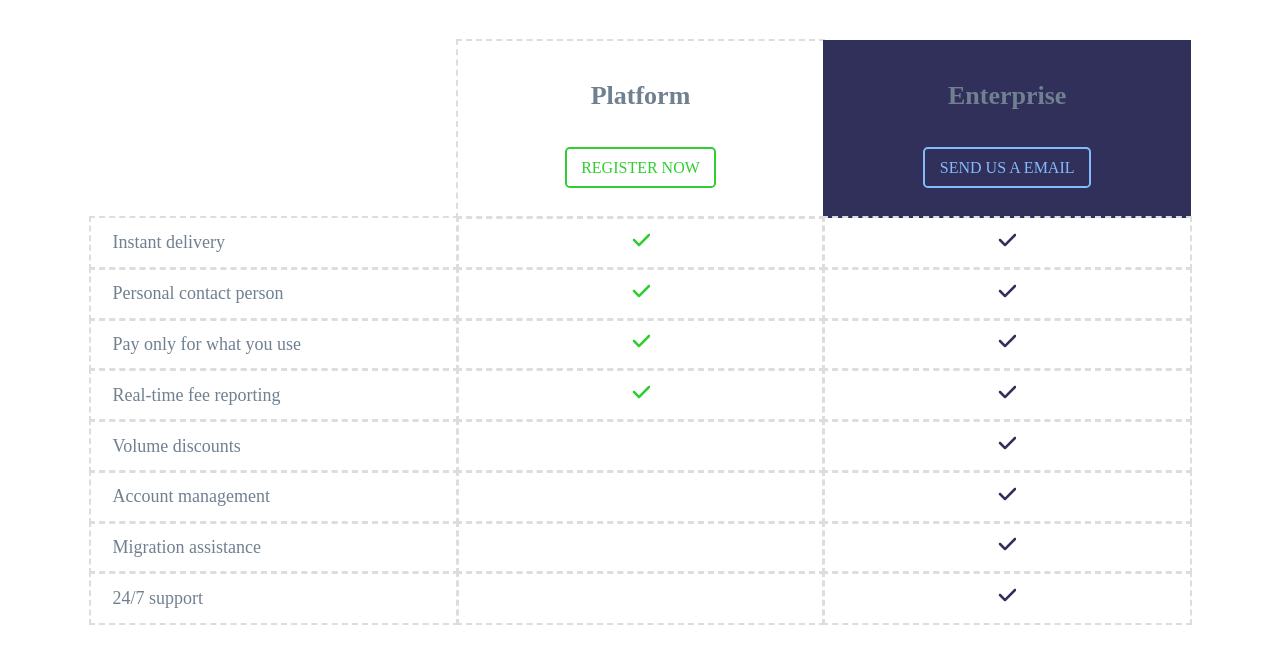
Repository: darlino/gotyu_shopify_section
Page: gotyu_table210223/index.html
These files come from the project's save history. The page is drawn as it stood at one moment and after the next save; the edit follows.
The browser window is 1280 px wide. The pictures show the whole page.

Above is the page before, as saved 2023-02-21 12:17:12.

### gotyu_table210223/index.html
<!DOCTYPE html>
<html lang="en">
  <head>
    <meta charset="UTF-8" />
    <meta http-equiv="X-UA-Compatible" content="IE=edge" />
    <meta name="viewport" content="width=device-width, initial-scale=1.0" />
    <title>Document</title>
    <link rel="stylesheet" href="style.css" />
    <link rel="preconnect" href="https://fonts.googleapis.com" />
    <link rel="preconnect" href="https://fonts.gstatic.com" crossorigin />
    <link
      href="https://fonts.googleapis.com/css2?family=Montserrat&display=swap"
      rel="stylesheet"
    />
  </head>
  <body>
    <section id="table210223">
      <div class="table">
        <div class="table-cell"></div>
        <div class="table-cell plattform">
          <h3>Platform</h3>
          <a href="" class="btn">register now</a>
        </div>
        <div class="table-cell enterprise">
          <h3>Enterprise</h3>
          <a href="" class="btn">Send us a Email</a>
        </div>
        <div class="table-cell cell-feature">Instant delivery</div>
        <div class="table-cell">
          <svg
            width="18"
            height="18"
            viewBox="0 0 18 18"
            xmlns="http://www.w3.org/2000/svg"
          >
            <title>check_blue</title>
            <path
              d="M6.116 14.884c.488.488 1.28.488 1.768 0l10-10c.488-.488.488-1.28 0-1.768s-1.28-.488-1.768 0l-9.08 9.15-4.152-4.15c-.488-.488-1.28-.488-1.768 0s-.488 1.28 0 1.768l5 5z"
              fill="limegreen"
              fill-rule="evenodd"
            />
          </svg>
        </div>
        <div class="table-cell">
          <svg
            class="enterprise-check"
            width="18"
            height="18"
            viewBox="0 0 18 18"
            xmlns="http://www.w3.org/2000/svg"
          >
            <title>check_blue</title>
            <path
              d="M6.116 14.884c.488.488 1.28.488 1.768 0l10-10c.488-.488.488-1.28 0-1.768s-1.28-.488-1.768 0l-9.08 9.15-4.152-4.15c-.488-.488-1.28-.488-1.768 0s-.488 1.28 0 1.768l5 5z"
              fill="limegreen"
              fill-rule="evenodd"
            />
          </svg>
        </div>
        <div class="table-cell cell-feature">Personal contact person</div>
        <div class="table-cell">
          <svg
            width="18"
            height="18"
            viewBox="0 0 18 18"
            xmlns="http://www.w3.org/2000/svg"
          >
            <title>check_blue</title>
            <path
              d="M6.116 14.884c.488.488 1.28.488 1.768 0l10-10c.488-.488.488-1.28 0-1.768s-1.28-.488-1.768 0l-9.08 9.15-4.152-4.15c-.488-.488-1.28-.488-1.768 0s-.488 1.28 0 1.768l5 5z"
              fill="limegreen"
              fill-rule="evenodd"
            />
          </svg>
        </div>
        <div class="table-cell">
          <svg
            class="enterprise-check"
            width="18"
            height="18"
            viewBox="0 0 18 18"
            xmlns="http://www.w3.org/2000/svg"
          >
            <title>check_blue</title>
            <path
              d="M6.116 14.884c.488.488 1.28.488 1.768 0l10-10c.488-.488.488-1.28 0-1.768s-1.28-.488-1.768 0l-9.08 9.15-4.152-4.15c-.488-.488-1.28-.488-1.768 0s-.488 1.28 0 1.768l5 5z"
              fill="limegreen"
              fill-rule="evenodd"
            />
          </svg>
        </div>
        <div class="table-cell cell-feature">Pay only for what you use</div>
        <div class="table-cell">
          <svg
            width="18"
            height="18"
            viewBox="0 0 18 18"
            xmlns="http://www.w3.org/2000/svg"
          >
            <title>check_blue</title>
            <path
              d="M6.116 14.884c.488.488 1.28.488 1.768 0l10-10c.488-.488.488-1.28 0-1.768s-1.28-.488-1.768 0l-9.08 9.15-4.152-4.15c-.488-.488-1.28-.488-1.768 0s-.488 1.28 0 1.768l5 5z"
              fill="limegreen"
              fill-rule="evenodd"
            />
          </svg>
        </div>
        <div class="table-cell">
          <svg
            class="enterprise-check"
            width="18"
            height="18"
            viewBox="0 0 18 18"
            xmlns="http://www.w3.org/2000/svg"
          >
            <title>check_blue</title>
            <path
              d="M6.116 14.884c.488.488 1.28.488 1.768 0l10-10c.488-.488.488-1.28 0-1.768s-1.28-.488-1.768 0l-9.08 9.15-4.152-4.15c-.488-.488-1.28-.488-1.768 0s-.488 1.28 0 1.768l5 5z"
              fill="limegreen"
              fill-rule="evenodd"
            />
          </svg>
        </div>
        <div class="table-cell cell-feature">Real-time fee reporting</div>
        <div class="table-cell">
          <svg
            width="18"
            height="18"
            viewBox="0 0 18 18"
            xmlns="http://www.w3.org/2000/svg"
          >
            <title>check_blue</title>
            <path
              d="M6.116 14.884c.488.488 1.28.488 1.768 0l10-10c.488-.488.488-1.28 0-1.768s-1.28-.488-1.768 0l-9.08 9.15-4.152-4.15c-.488-.488-1.28-.488-1.768 0s-.488 1.28 0 1.768l5 5z"
              fill="limegreen"
              fill-rule="evenodd"
            />
          </svg>
        </div>
        <div class="table-cell">
          <svg
            class="enterprise-check"
            width="18"
            height="18"
            viewBox="0 0 18 18"
            xmlns="http://www.w3.org/2000/svg"
          >
            <title>check_blue</title>
            <path
              d="M6.116 14.884c.488.488 1.28.488 1.768 0l10-10c.488-.488.488-1.28 0-1.768s-1.28-.488-1.768 0l-9.08 9.15-4.152-4.15c-.488-.488-1.28-.488-1.768 0s-.488 1.28 0 1.768l5 5z"
              fill="limegreen"
              fill-rule="evenodd"
            />
          </svg>
        </div>
        <div class="table-cell cell-feature">Volume discounts</div>
        <div class="table-cell"></div>
        <div class="table-cell">
          <svg
            class="enterprise-check"
            width="18"
            height="18"
            viewBox="0 0 18 18"
            xmlns="http://www.w3.org/2000/svg"
          >
            <title>check_blue</title>
            <path
              d="M6.116 14.884c.488.488 1.28.488 1.768 0l10-10c.488-.488.488-1.28 0-1.768s-1.28-.488-1.768 0l-9.08 9.15-4.152-4.15c-.488-.488-1.28-.488-1.768 0s-.488 1.28 0 1.768l5 5z"
              fill="limegreen"
            />
          </svg>
        </div>
        <div class="table-cell cell-feature">Account management</div>
        <div class="table-cell"></div>
        <div class="table-cell">
          <svg
            class="enterprise-check"
            width="18"
            height="18"
            viewBox="0 0 18 18"
            xmlns="http://www.w3.org/2000/svg"
          >
            <title>check_blue</title>
            <path
              d="M6.116 14.884c.488.488 1.28.488 1.768 0l10-10c.488-.488.488-1.28 0-1.768s-1.28-.488-1.768 0l-9.08 9.15-4.152-4.15c-.488-.488-1.28-.488-1.768 0s-.488 1.28 0 1.768l5 5z"
              fill="limegreen"
              fill-rule="evenodd"
            />
          </svg>
        </div>
        <div class="table-cell cell-feature">Migration assistance</div>
        <div class="table-cell"></div>
        <div class="table-cell">
          <svg
            class="enterprise-check"
            width="18"
            height="18"
            viewBox="0 0 18 18"
            xmlns="http://www.w3.org/2000/svg"
          >
            <title>check_blue</title>
            <path
              d="M6.116 14.884c.488.488 1.28.488 1.768 0l10-10c.488-.488.488-1.28 0-1.768s-1.28-.488-1.768 0l-9.08 9.15-4.152-4.15c-.488-.488-1.28-.488-1.768 0s-.488 1.28 0 1.768l5 5z"
              fill="limegreen"
              fill-rule="evenodd"
            />
          </svg>
        </div>
        <div class="table-cell cell-feature">24/7 support</div>
        <div class="table-cell"></div>
        <div class="table-cell">
          <svg
            class="enterprise-check"
            width="18"
            height="18"
            viewBox="0 0 18 18"
            xmlns="http://www.w3.org/2000/svg"
          >
            <title>check_blue</title>
            <path
              d="M6.116 14.884c.488.488 1.28.488 1.768 0l10-10c.488-.488.488-1.28 0-1.768s-1.28-.488-1.768 0l-9.08 9.15-4.152-4.15c-.488-.488-1.28-.488-1.768 0s-.488 1.28 0 1.768l5 5z"
              fill="limegreen"
              fill-rule="evenodd"
            />
          </svg>
        </div>
      </div>
    </section>
  </body>
</html>

### gotyu_table210223/style.css
* {
  color: slategray;
}

.table {
  display: flex;
  flex-wrap: wrap;
  margin: 0 auto;
  padding: 2rem 0rem 0rem 0rem;
  max-width: 1100px;
}

.table-cell {
  box-sizing: border-box;
  flex-grow: 1;
  width: 100%;
  padding: 0.8em 1.2em;
  overflow: hidden;
  list-style-type: none;
  outline: 2px dashed #ddd;
  text-align: center;
  font-weight: 300;
  margin-top: 1px;
  margin-left: 1px;
}
.table-cell:first-child {
  outline: 1px solid #fff;
  background: transparent;
}
@media only screen and (max-width: 768px) {
  .table-cell:first-child {
    display: none;
  }
}
.table-cell:nth-child(3) {
  outline: 1px solid #30305b;
}
.table-cell:nth-child(-n + 3) {
  padding-top: 40px;
  padding-bottom: 40px;
}
.table-cell > h3 {
  font-size: 26px;
  margin-top: 0;
  margin-bottom: 3rem;
}
.table-cell.cell-feature {
  text-align: left;
  font-size: 18px;
}
.table-cell.plattform {
  color: limegreen;
}
.table-cell.plattform a.btn {
  color: limegreen;
}
.table-cell.plattform a.btn:hover {
  background-color: limegreen;
  border-color: limegreen;
  color: white;
}
.table-cell.enterprise {
  background-color: #30305b;
  color: #85bafc;
}
.table-cell.enterprise a.btn {
  color: #85bafc;
}
.table-cell.enterprise a.btn:hover {
  background-color: #85bafc;
  border-color: #85bafc;
  color: #30305b;
}

/* Table columns
================================== */
.table-cell {
  width: calc(33.33% - 1px);
}
@media only screen and (max-width: 768px) {
  .table-cell.cell-feature {
    width: 100%;
    text-align: center;
  }
}

svg.enterprise-check path {
  fill: #30305b !important;
}

a.btn {
  border: 2px solid;
  padding: 0.6rem 0.9rem 0.6rem 0.9rem;
  font-weight: 400;
  text-transform: uppercase;
  text-decoration: none;
  transition: 0.2s ease-in-out;
  border-radius: 0.3rem;
} /*# sourceMappingURL=style.css.map */

After the next save:
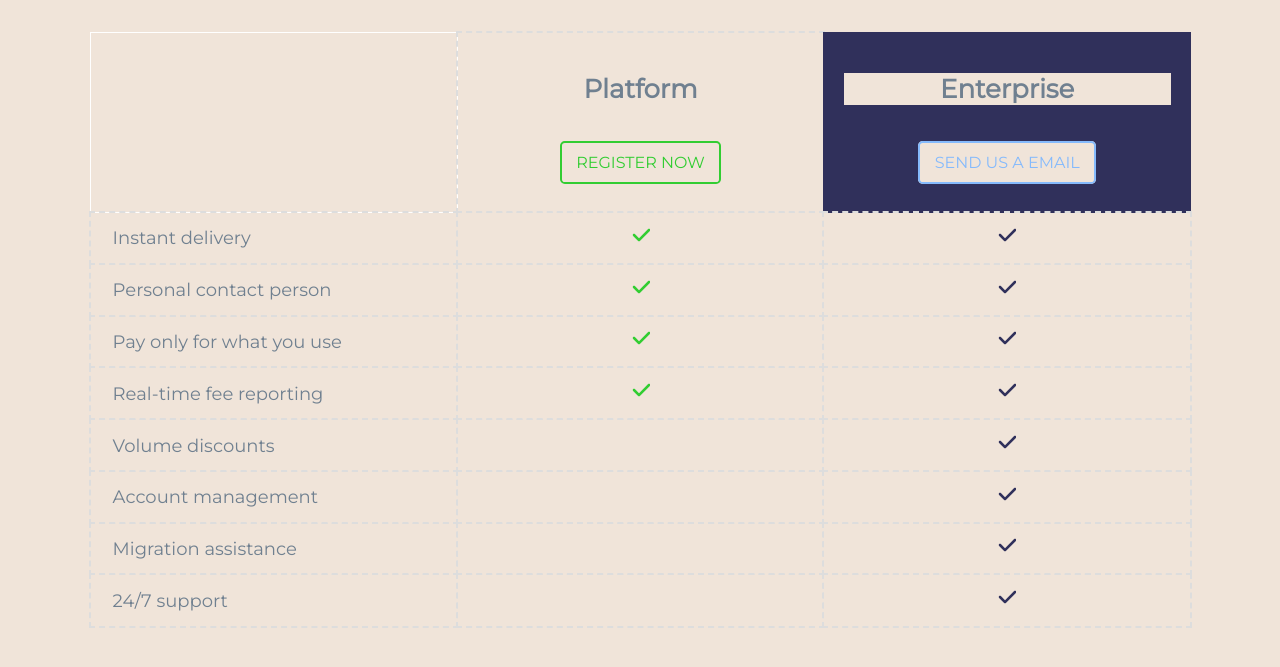
Saved 46 s later.
--- a/gotyu_table210223/style.css
+++ b/gotyu_table210223/style.css
@@ -1,4 +1,8 @@
 * {
+  margin: 0;
+  padding: 0;
+  background-color: #f0e4d9;
+  font-family: "Montserrat", sans-serif;
   color: slategray;
 }
 
